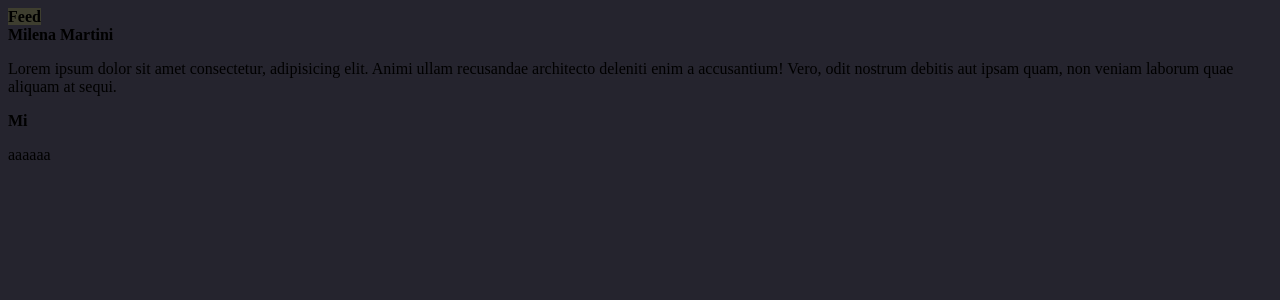
Repository: MilenaMartini/IgniteRckReactJs
Page: /
The author's editor kept a copy of each file at every save. The page is drawn from the files as they stood at one save, then again after a run of saves.
The browser window is 1280 px wide. The pictures show the whole page.
The project was rebuilt for these pictures with package versions that can differ from the ones it lists, and the page was loaded fresh each time. Also part of the build but not shown: vite.config.js.

Above is the page before, as saved 2023-04-14 13:36:43.

After the next 3 saves:
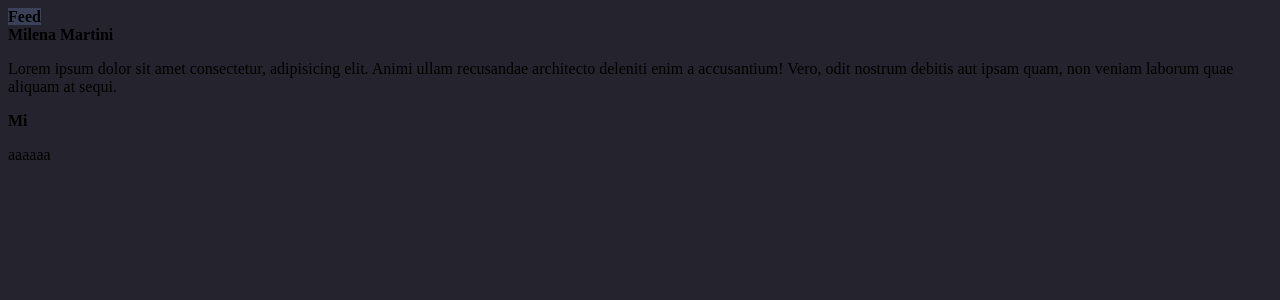
The 3 saves are shown as one change because they came seconds apart.
The last was saved 8 s later.
--- a/src/components/Header.module.css
+++ b/src/components/Header.module.css
@@ -1,4 +1,4 @@
 .header{
-    background-color: #3e3e2f;
+    background-color: #3a4158;
     height: 80px;
 }
